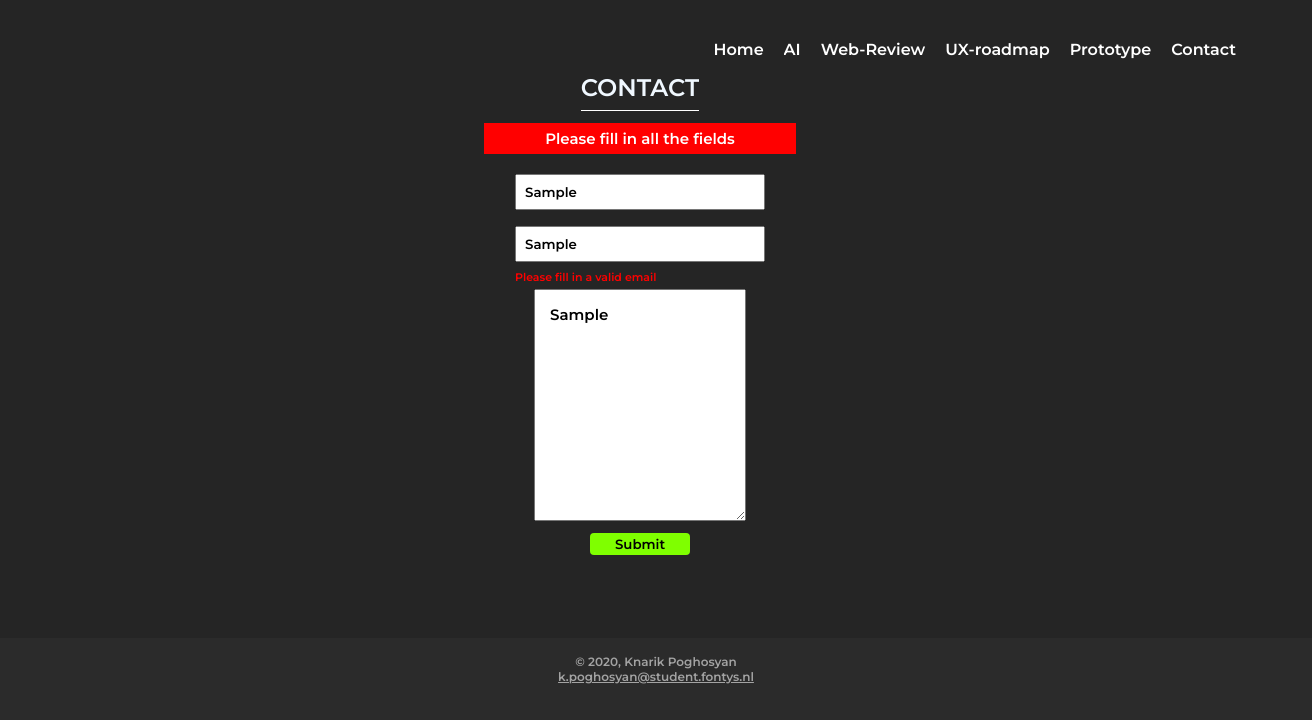
Repository: PKnar/EDO-final
Page: contact.html
These files come from the project's save history. The page is drawn as it stood at one moment and after the next save; the edit follows.
The browser window is 1280 px wide. The page is 1312 px wide, so the pictures cover 1312 px, including what lies to the right of the window. The pictures show the whole page.
Empty fields were first filled with sample values (such as "Sample", 5 or name@example.com).
After loading, the first visible `#form` was submitted once.

Above is the page before, as saved 2021-01-15 19:04:26.

After the next save:
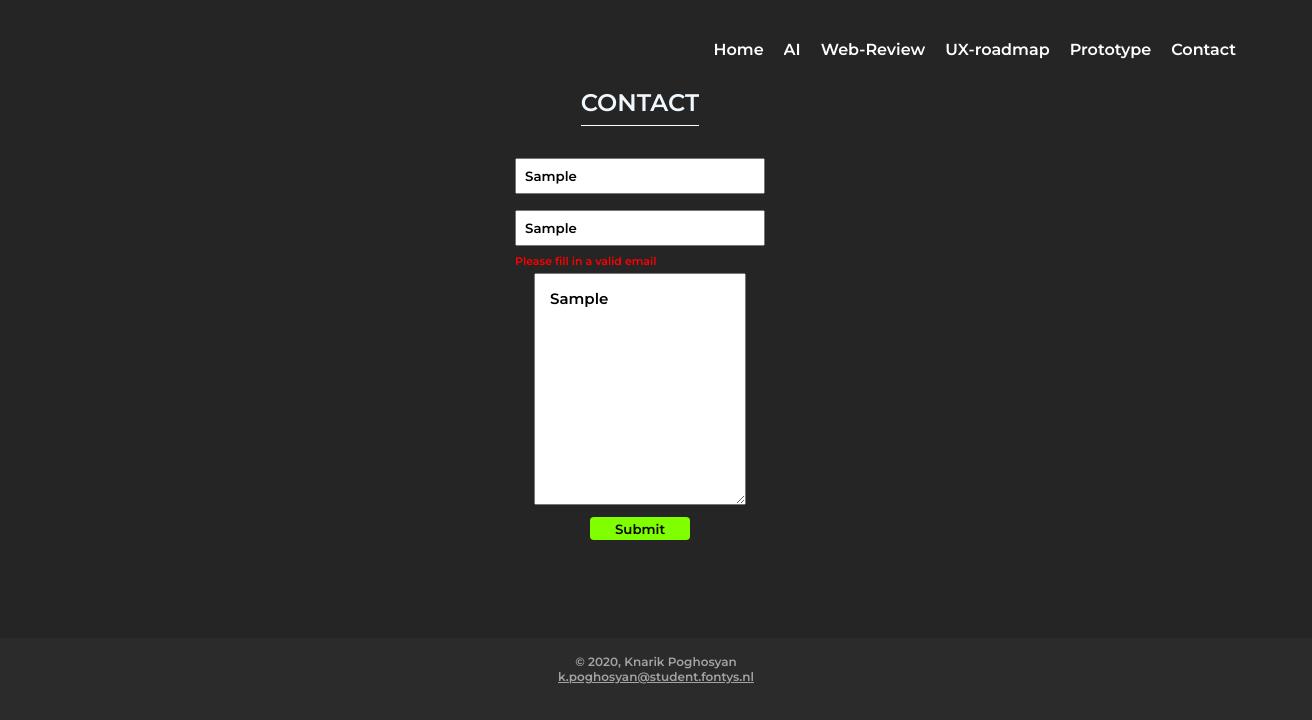
Saved 7 s later.
--- a/script/contactValidaion.js
+++ b/script/contactValidaion.js
@@ -35,9 +35,6 @@
   let isReadyToSubmit = (elements, email) => {
     let foundError = elements.map((el) => isNotEmptyOrInvalid(el));
     let isEmail = isValidEmail(email);
-    foundError.includes(false) || !isEmail
-      ? handleGeneralError()
-      : !isEmail && handleEmailError();
 
     if (foundError.includes(false)) {
       handleGeneralError();
